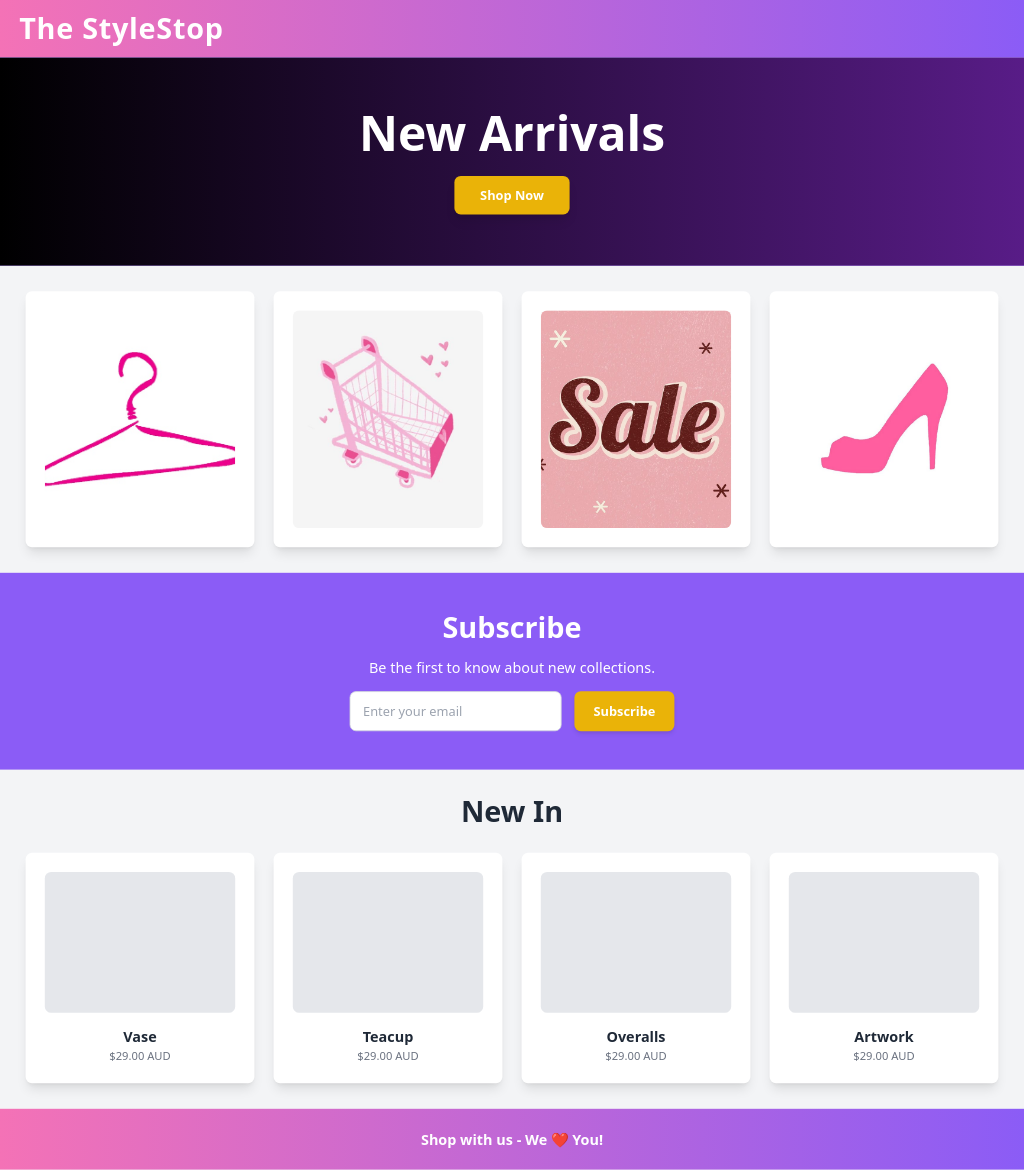
Repository: prathyushaa5/BuyYours
Page: / (app in Frontend/)
These files come from the project's save history. The page is drawn as it stood at one moment and after the next save; the edit follows.
The browser window is 1280 px wide. The pictures show the whole page, at 80% of full size.
The project was rebuilt for these pictures with package versions that can differ from the ones it lists, and the page was loaded fresh each time. Also part of the build but not shown: Frontend/vite.config.js, Frontend/src/components/Login.jsx, Frontend/src/components/Signup.jsx, Frontend/src/components/Home.jsx.

Above is the page before, as saved 2025-02-13 17:54:56.

### Frontend/src/App.jsx
import { BrowserRouter as Router, Routes, Route } from "react-router-dom";
import { useState } from "react";
import Main from "./components/Main";
import Login from "./components/Login";
import Signup from "./components/Signup";
import Home from "./components/Home";

export default function App() {
  const [token, setToken] = useState(null);

  const handleLogin = (userToken) => {
    setToken(userToken);
  };

  return (
    <Router>
      <Routes>
        {/* Show Main page first */}
        <Route path="/" element={<Main />} />

        {/* Login Page */}
        <Route path="/login" element={<Login onLogin={handleLogin} />} />

        {/* Signup Page */}
        <Route path="/signup" element={<Signup />} />

        {/* Home Page (Protected) */}
        <Route path="/home" element={token ? <Home /> : <Login onLogin={handleLogin} />} />
      </Routes>
    </Router>
  );
}

### Frontend/src/components/Main.jsx
import image1 from "../assets/cards/hanger.jpeg";
import image2 from "../assets/cards/pink.jpeg";
import image3 from "../assets/cards/sale.jpeg";
import image4 from "../assets/cards/shoes.jpeg";
import { useNavigate } from "react-router-dom";

export default function MainPage() {
  const navigate = useNavigate();
  return (
    <div className="bg-gray-100 min-h-screen text-gray-800">
      {/* Navbar */}
      <nav className="bg-gradient-to-r from-pink-400 to-violet-500 py-4 px-6 flex justify-between items-center shadow-md">
        <h1 className="text-4xl font-extrabold text-white tracking-wide">The StyleStop</h1>
      </nav>

      {/* Hero Section */}
      <section className="flex flex-col items-center text-center py-16 bg-violet-500 text-white bg-gradient-to-r from-black to-purple-900  text-gray-200">
        <h2 className="text-6xl font-extrabold mb-6">New Arrivals</h2>
        <button
          className="bg-yellow-500 px-8 py-3 text-white font-bold rounded-lg shadow-lg transition-transform transform hover:scale-105 hover:bg-yellow-600"
          onClick={() => navigate("/signup")}
        >
          Shop Now
        </button>
      </section>

      {/* Categories (Replaced with Images) */}
      <div className="grid grid-cols-2 md:grid-cols-4 gap-6 p-8">
        {[image1, image2, image3, image4].map((image, index) => (
          <div key={index} className="bg-white p-6 text-center rounded-lg shadow-lg h-80 transition-transform transform hover:scale-105">
            <img src={image} alt={`Category ${index + 1}`} className="w-full h-full object-cover rounded-lg" />
          </div>
        ))}
      </div>

      {/* Subscribe Section */}
      <section className="bg-violet-500 text-center py-12 text-white">
        <h3 className="text-4xl font-extrabold mb-4">Subscribe</h3>
        <p className="mb-4 text-lg">Be the first to know about new collections.</p>
        <div className="flex justify-center">
          <input
            type="email"
            placeholder="Enter your email"
            className="px-4 py-3 rounded-lg border border-gray-300 focus:ring-2 focus:ring-yellow-500 outline-none"
          />
          <button className="ml-4 bg-yellow-500 px-6 py-3 text-white font-bold rounded-lg shadow-md transition-transform transform hover:scale-105 hover:bg-yellow-600">Subscribe</button>
        </div>
      </section>

      {/* Products */}
      <section className="p-8">
        <h3 className="text-4xl font-bold text-center mb-8">New In</h3>
        <div className="grid grid-cols-2 md:grid-cols-4 gap-6">
          {["Vase", "Teacup", "Overalls", "Artwork"].map((product, index) => (
            <div key={index} className="bg-white p-6 rounded-lg shadow-lg text-center transition-transform transform hover:scale-105">
              <div className="bg-gray-200 h-44 rounded-lg mb-4"></div>
              <p className="font-bold text-lg">{product}</p>
              <p className="text-gray-500 text-sm">$29.00 AUD</p>
            </div>
          ))}
        </div>
      </section>

      {/* Footer */}
      <footer className="bg-gradient-to-r from-pink-400 to-violet-500 text-center py-6 text-white font-bold text-lg">
        Shop with us - We ❤️ You!
      </footer>
    </div>
  );
}

Loaded but not shown: Frontend/index.html (common file); Frontend/src/main.jsx (common file); Frontend/src/index.css (common file); Frontend/tailwind.config.js (common file)

After the next save:
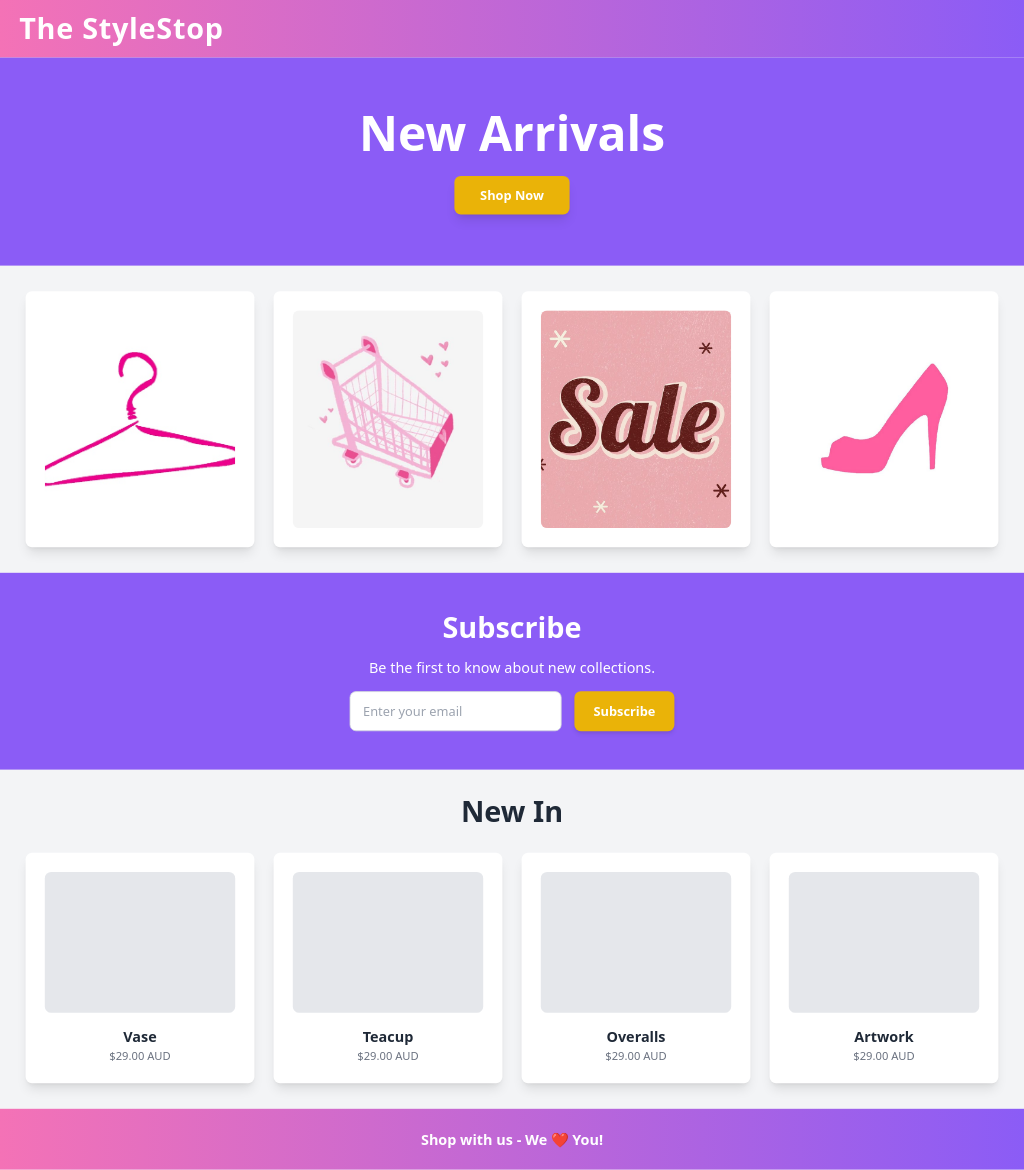
Saved 13 s later.
--- a/Frontend/src/components/Main.jsx
+++ b/Frontend/src/components/Main.jsx
@@ -14,7 +14,7 @@ export default function MainPage() {
       </nav>
 
       {/* Hero Section */}
-      <section className="flex flex-col items-center text-center py-16 bg-violet-500 text-white bg-gradient-to-r from-black to-purple-900  text-gray-200">
+      <section className="flex flex-col items-center text-center py-16 bg-violet-500 text-white ">
         <h2 className="text-6xl font-extrabold mb-6">New Arrivals</h2>
         <button
           className="bg-yellow-500 px-8 py-3 text-white font-bold rounded-lg shadow-lg transition-transform transform hover:scale-105 hover:bg-yellow-600"
